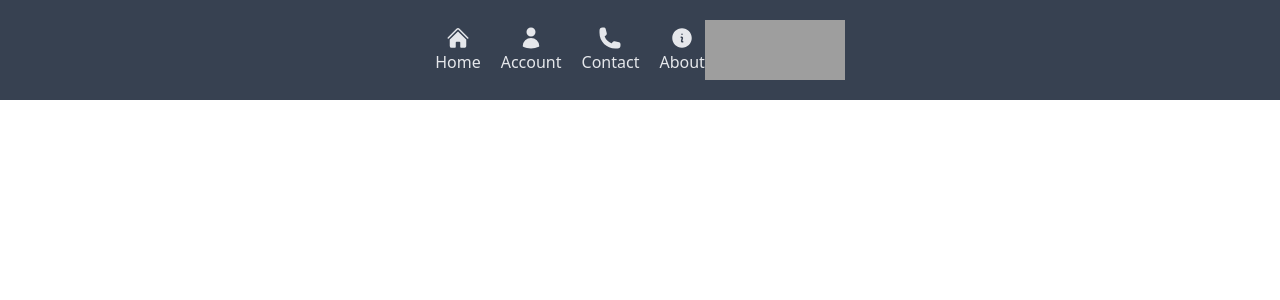
Repository: lyvandat/imdb-movie
Page: /
These files come from the project's save history. The page is drawn as it stood at one moment and after the next save; the edit follows.
The browser window is 1280 px wide. The pictures show the whole page.
Pictures or frames that could not be fetched are drawn as grey boxes. The project was rebuilt for these pictures with package versions that can differ from the ones it lists, and the page was loaded fresh each time. The framework's server and built-in components were replaced by stand-ins that run in the browser. Also part of the build but not shown: next.config.js.

Above is the page before, as saved 2022-10-04 10:33:58.

After the next save:
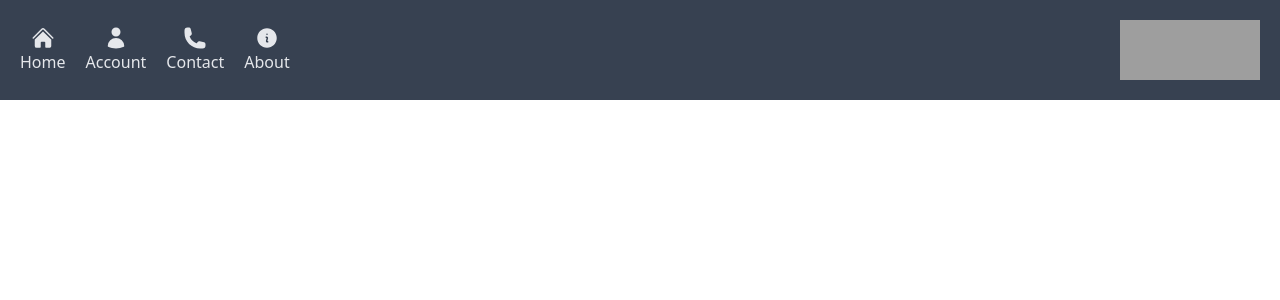
Saved 16 s later.
--- a/components/Header.js
+++ b/components/Header.js
@@ -12,7 +12,7 @@ import Link from "next/link";
 
 function Header() {
   return (
-    <section className="flex flex-col p-5 items-center sm:flex-row sm:justify-center bg-gray-700 select-none text-gray-200 ">
+    <section className="flex flex-col p-5 items-center sm:flex-row sm:justify-between bg-gray-700 select-none text-gray-200 ">
       <ul className="flex space-x-5 mb-5 sm:mb-0 items-center">
         <li className="flex flex-col items-center hover:text-white active:text-red-500">
           <HomeIcon className="h-6" />
